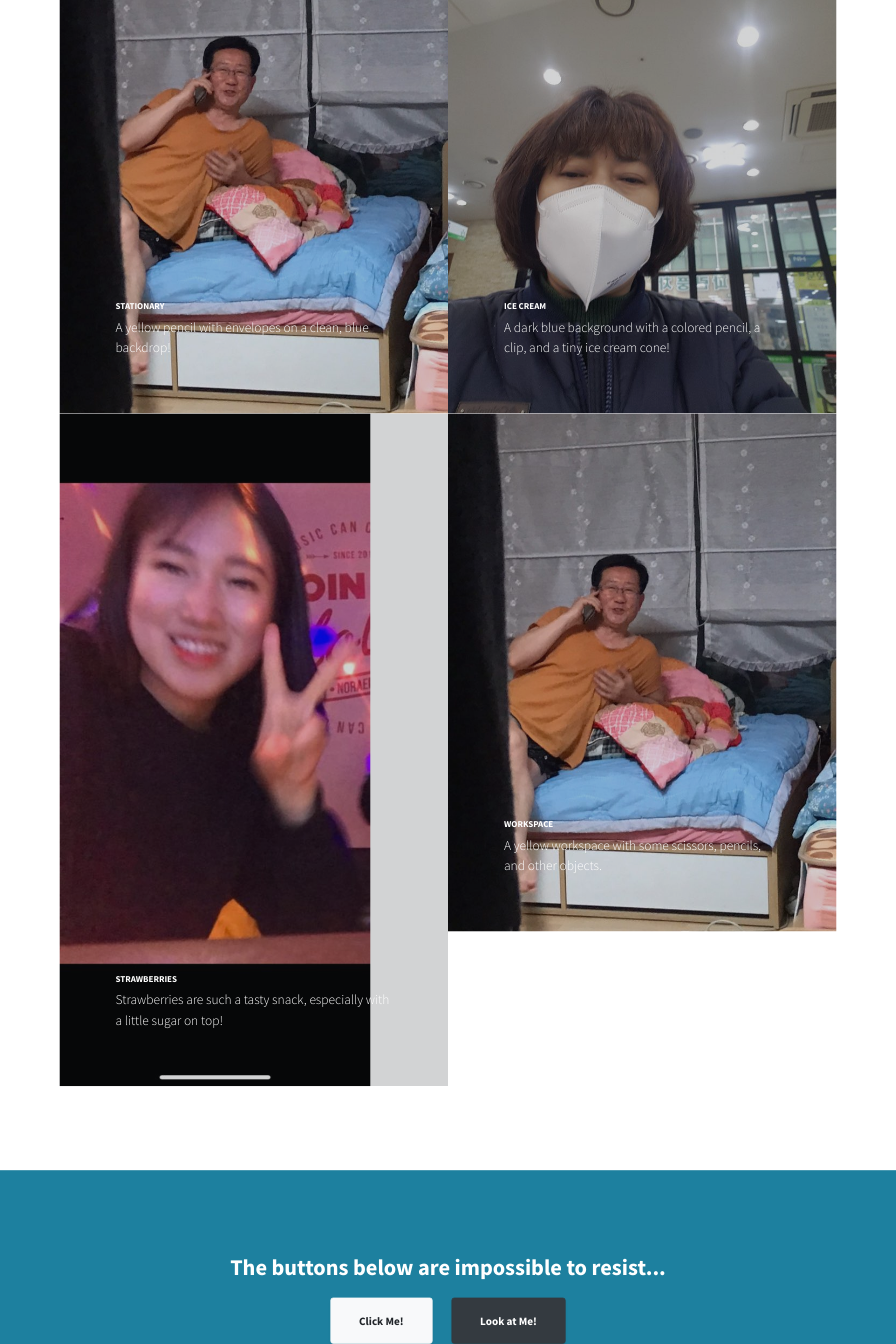
Repository: seungminlll3420/ruby_on_rails
Page: 가족/index.html
The author's editor kept a record of every edit. The page is drawn from the files as they stood at one moment, then again after the next edit.
The browser window is 1280 px wide. The pictures show the part of the page from y = 1114 to 3034 px (the page is 3925 px tall), at 70% of full size.

Above is the page before.

After the next edit:
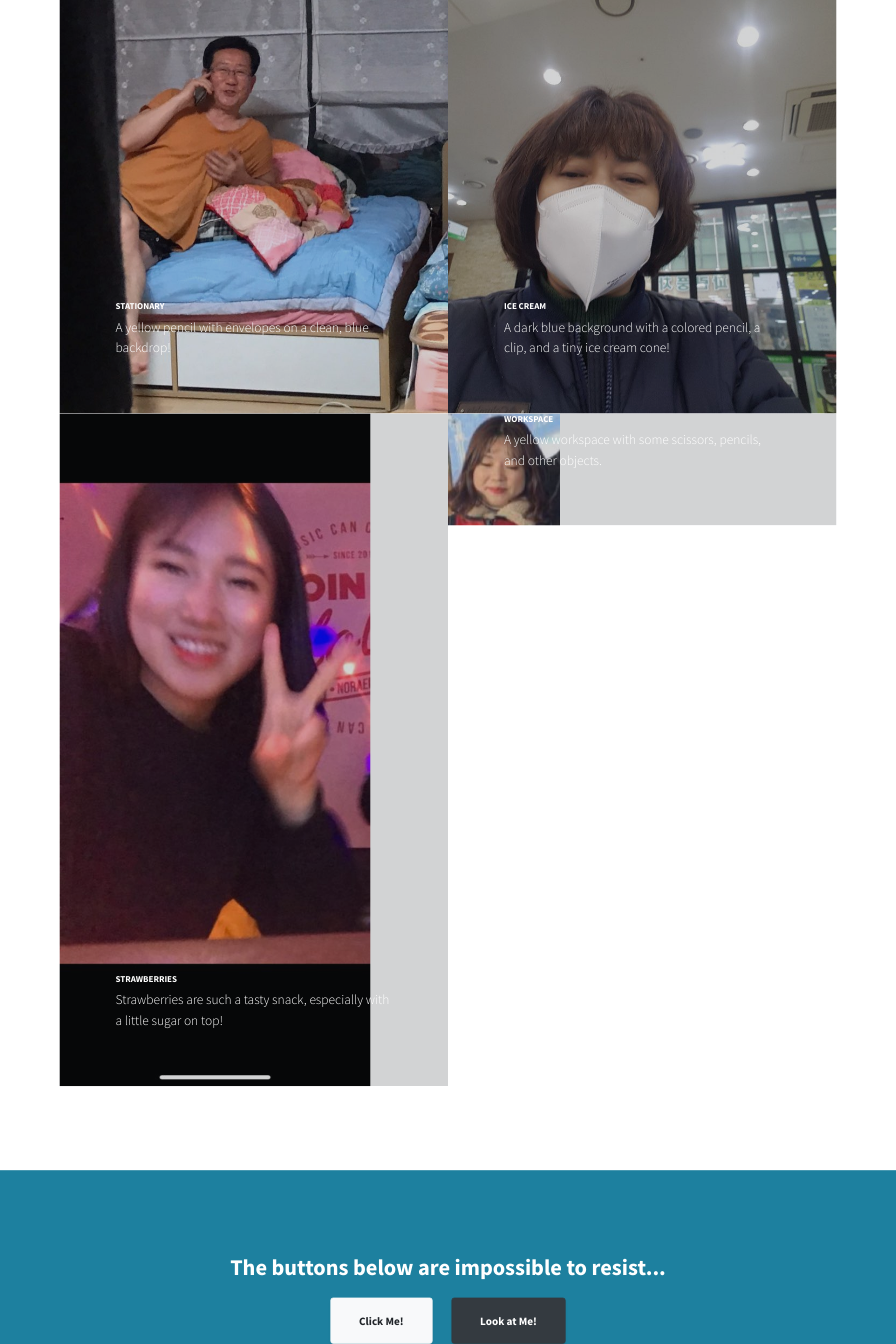
The edit:
--- a/가족/index.html
+++ b/가족/index.html
@@ -122,7 +122,7 @@
                 <p class="mb-0">A yellow workspace with some scissors, pencils, and other objects.</p>
               </span>
             </span>
-            <img class="img-fluid" src="./../img/이종호.jpg" alt="">
+            <img class="img-fluid" src="./../img/이소연.jpg" alt="">
           </a>
         </div>
       </div>
